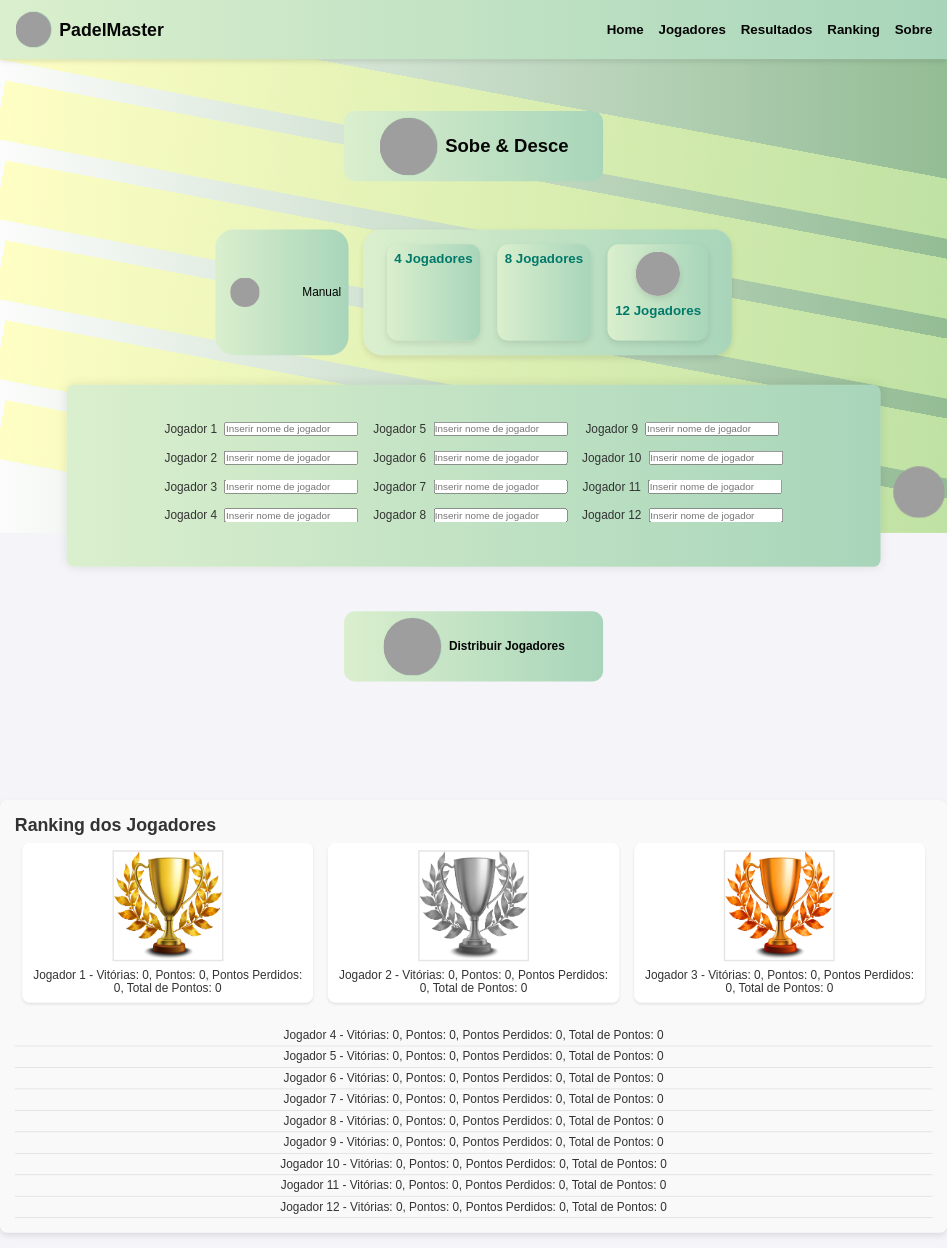
Repository: MarcioMiguel22/PadelMaster
Page: /12-jogadores
These files come from the project's save history. The page is drawn as it stood at one moment and after the next save; the edit follows.
The browser window is 1280 px wide. The pictures show the whole page, at 74% of full size.
Pictures or frames that could not be fetched are drawn as grey boxes. The project was rebuilt for these pictures with package versions that can differ from the ones it lists, and the page was loaded fresh each time. Also part of the build but not shown: vite.config.ts, src/components/components_calculadora/AnimatedButton.module.css, src/components/components_calculadora/AnimationContext.tsx, src/utils/hooks/useAnimation.ts, src/components/components_calculadora/AnimatedButton.tsx, src/components/components_calculadora/Background_home.tsx, src/pages/Home/Home.tsx, src/components/components_calculadora/JogadoresLista4.tsx and 34 more.

Above is the page before, as saved 2024-06-29 10:07:48.

After the next save:
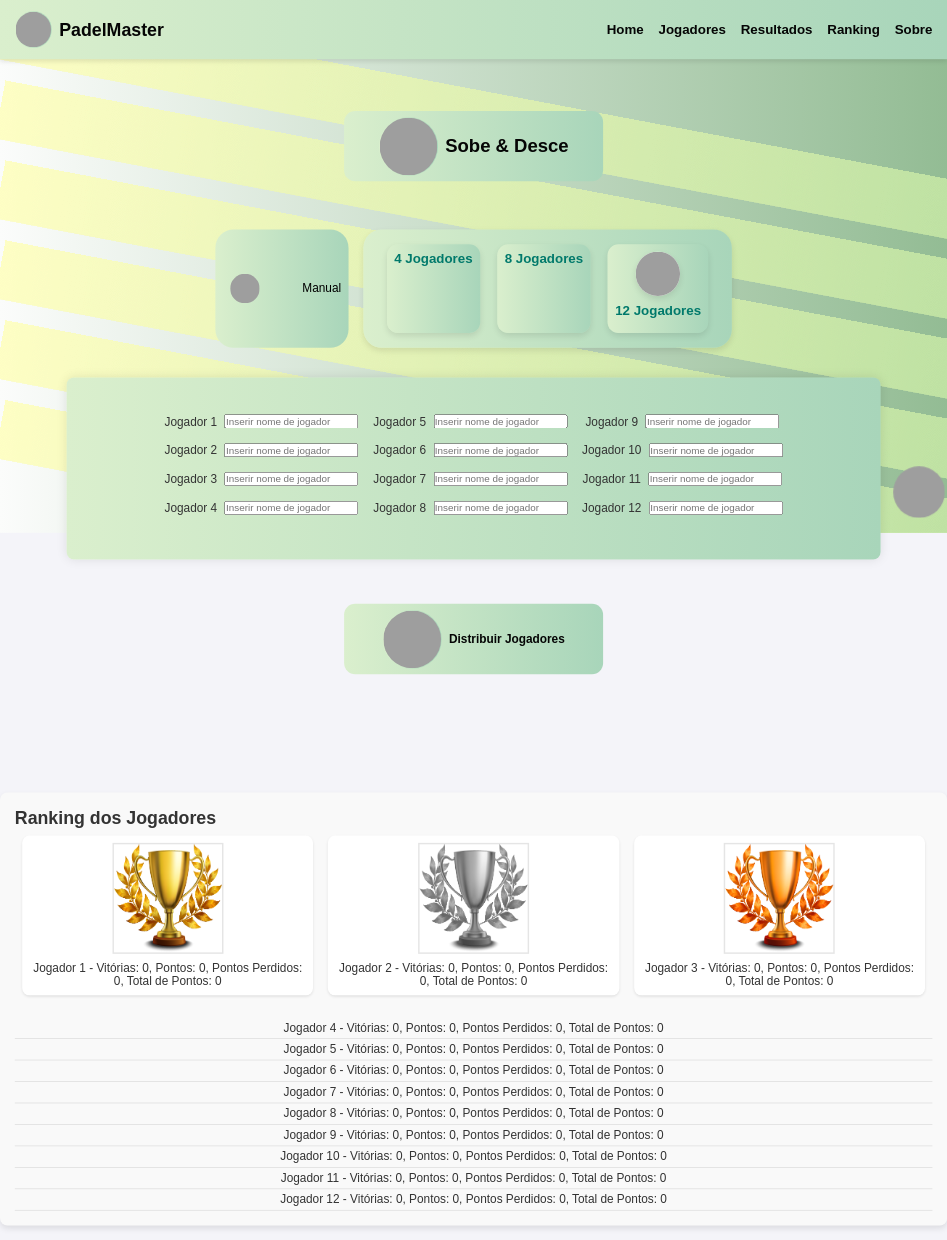
Saved 11 s later.
--- a/src/components/components_calculadora/PlayerSelector.module.css
+++ b/src/components/components_calculadora/PlayerSelector.module.css
@@ -22,7 +22,7 @@
   border-radius: 15px;
   background: linear-gradient(to right, #daefcd, #a8d5ba);
   box-shadow: 0 4px 8px rgba(0, 0, 0, 0.1);
-  min-height: 130px; /* Define a altura mínima */
+  min-height: 120px; /* Define a altura mínima */
 }
 
 .option:hover {
